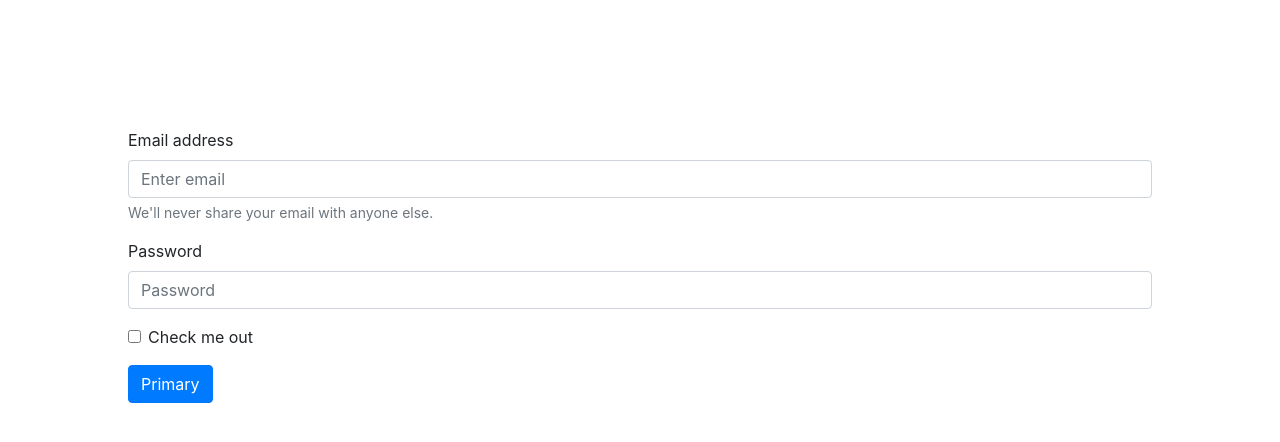
Repository: lalji-yadav/Register-Login-and-CRUD-using-token-and-Without-token-based
Page: /navbar
An editor plug-in stored every save of this project. The page is shown before and after the next save, followed by the edit.
The browser window is 1280 px wide. The pictures show the whole page.
The project was rebuilt for these pictures with package versions that can differ from the ones it lists, and the page was loaded fresh each time. Also part of the build but not shown: src/App.css.

Above is the page before, as saved 2021-02-01 18:28:27.

After the next save:
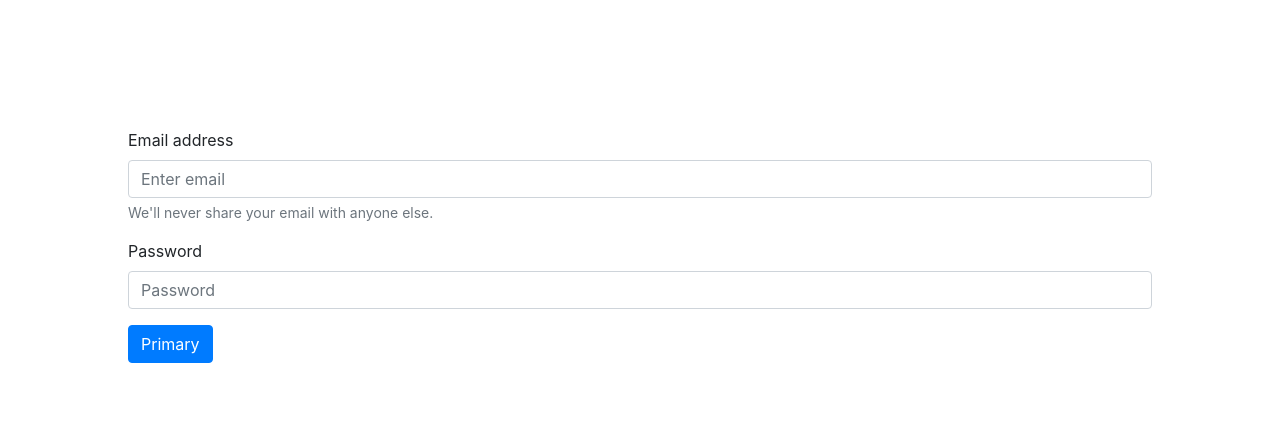
Saved 19 s later.
--- a/src/auth/login.js
+++ b/src/auth/login.js
@@ -17,9 +17,9 @@ const Login = () => {
                     <Form.Label>Password</Form.Label>
                     <Form.Control type="password" placeholder="Password" />
                 </Form.Group>
-                <Form.Group controlId="formBasicCheckbox">
+                {/* <Form.Group controlId="formBasicCheckbox">
                     <Form.Check type="checkbox" label="Check me out" />
-                </Form.Group>
+                </Form.Group> */}
                 </Form>
 
             <Button type="button" class="btn btn-primary">Primary</Button>
